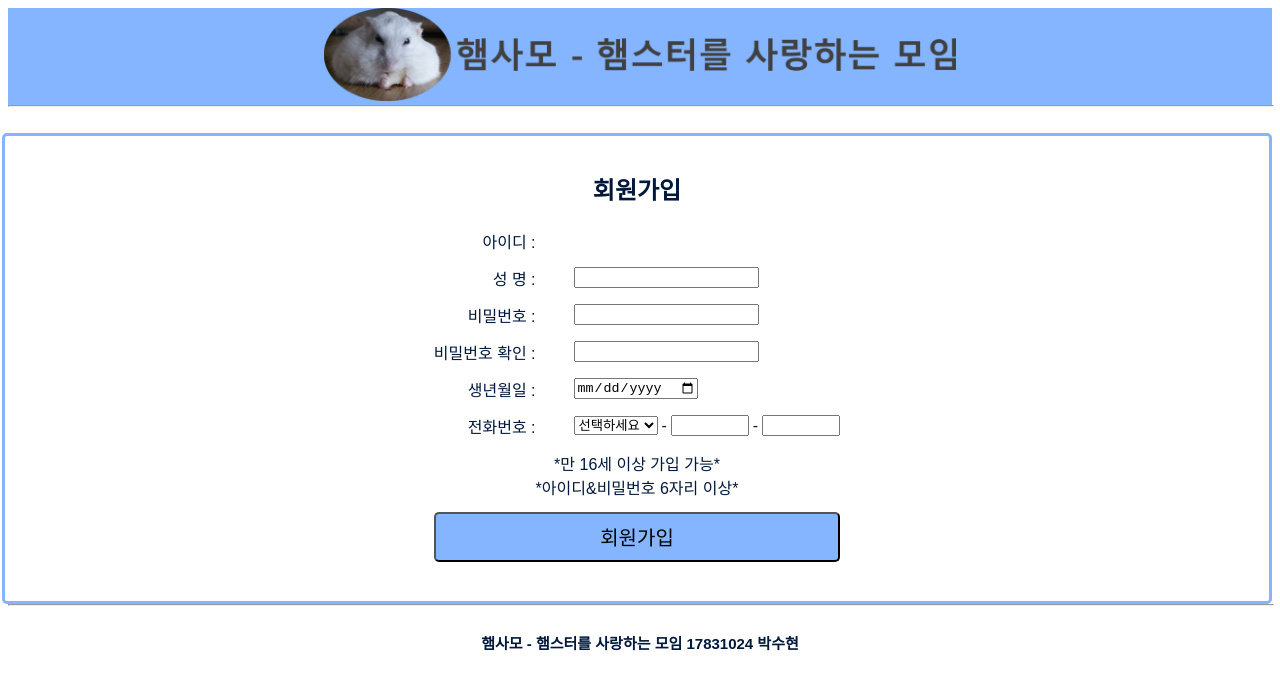
Repository: hyun5292/school
Page: http://localhost/HamSaMo/WEB-INF/views/member/MmodifyForm.jsp
An editor plug-in stored every save of this project. The page is shown before and after the next save, followed by the edit.
The browser window is 1280 px wide. The pictures show the whole page.
The page is served by Tomcat 9. Nobody is signed in. Other server files are loaded and not shown. The template is opened directly, without the code that normally fills it, so the values that code supplies are empty.

Above is the page before, as saved 2019-12-09 19:15:33.

### spring/HamSaMo/HamSaMo/src/main/webapp/WEB-INF/views/member/MmodifyForm.jsp
<%@ page language="java" contentType="text/html; charset=UTF-8"
	pageEncoding="UTF-8"%>
<!-- jstl -->
<%@ taglib prefix="c" uri="http://java.sun.com/jsp/jstl/core"%>
<!DOCTYPE html>
<html>
<head>
<meta charset="EUC-KR">
<title>햄사모 - 햄스터를 사랑하는 모임</title>
<script
	src="http://ajax.googleapis.com/ajax/libs/jquery/3.3.1/jquery.min.js"></script>
<style>
#container {
	width: 100%;
	Height: 100%;
	font-family: 'arial';
	color: #00183b;
}

#header {
	background-color: #84b5fe;
	float: left;
	width: 100%;
	height: 10%;
}

#content {
	float: right;
	width: 100%;
	height: 80%;
	border-radius: 5px;
	border: solid 3px #84b5fe;
}

#footer {
	clear: both;
	width: 100%;
	height: 10%;
	font-size: 15px;
	font-weight: bold;
}

#btn_light {
	background-color: white;
	width: 100%;
	height: 50px;
	border-radius: 5px;
	border: bold 1px #84b5fe;
	font-size: 20px;
}

#btn_dark {
	background-color: #84b5fe;
	width: 100%;
	height: 50px;
	border-radius: 5px;
	border: bold 1px white;
	font-size: 20px;
}
</style>
<script>
	function check() {
		if (document.myform.mId.value == "") {
			alert("아이디를 입력하세요!!");
			document.myform.mId.focus();
			return false;
		}

		//아이디 유효성 검사 (영문소문자, 숫자만 허용)
		for (i = 0; i < document.myform.mId.value.length; i++) {
			ch = document.myform.mId.value.charAt(i)
			if (!(ch >= '0' && ch <= '9') && !(ch >= 'a' && ch <= 'z')
					&& !(ch >= 'A' && ch <= 'Z')) {
				alert("아이디는 대소문자, 숫자만 입력가능합니다!!")
				document.myform.mId.focus()
				document.myform.mId.select()
				return false;
			}
		}

		//아이디 길이 체크 (4~12자)
		if (document.myform.mId.value.length<4 || document.myform.mId.value.length>12) {
			alert("아이디를 4~12자까지 입력해주세요!!")
			document.myform.mId.focus()
			document.myform.mId.select()
			return false;
		}

		if (document.myform.mName.value == "") {
			alert("이름을 입력하세요!!");
			document.myform.mName.focus();
			return false;
		}
		if (document.myform.mPw.value == "") {
			alert("비밀번호를 입력하세요!!");
			document.myform.mPw.focus();
			return false;
		}
		if (document.myform.mPwChk.value == "") {
			alert("비밀번호 확인을 입력하세요!!");
			document.myform.mPw.focus();
			return false;
		}

		if (document.myform.mPw.value == document.myform.mId.value) {
			alert("아이디와 비밀번호가 같습니다.")
			document.myform.mPw.focus()
			return false;
		}

		//비밀번호 길이 체크(4~8자 까지 허용)
		if (document.myform.mPw.value.length<4 || document.myform.mPw.value.length>12) {
			alert("비밀번호를 4~12자까지 입력해주세요.")
			document.myform.mPw.focus()
			document.myform.mPw.select()
			return false;
		}

		if (document.myform.mBirth.value == "") {
			alert("생년월일을 선택하세요!!");
			return false;
		}
		if (document.myform.mTel1[0].selected == true) {
			alert("전화번호를 선택하세요!!");
			return false;
		}
		if (document.myform.mTel2.value == "") {
			alert("전화번호를 입력하세요!!");
			document.myform.mTel2.focus();
			return false;
		}
		// 전화번호 길이 체크 (4자)
		if (document.myform.mTel2.value.length<4 || document.myform.mTel2.value.length>4) {
			alert("전화번호는 4자리입니다!!")
			document.myform.mTel2.focus()
			document.myform.mTel2.select()
			return false;
		}
		if (document.myform.mTel3.value == "") {
			alert("전화번호를 입력하세요!!");
			document.myform.mTel3.focus();
			return false;
		}
		// 전화번호 길이 체크 (4자)
		if (document.myform.mTel3.value.length<4 || document.myform.mTel3.value.length>4) {
			alert("전화번호는 4자리입니다!!")
			document.myform.mTel3.focus()
			document.myform.mTel3.select()
			return false;
		}
		if (document.myform.mPw.value != document.myform.mPwChk.value) {
			alert("입력한 2개의 비밀번호가 일치하지 않습니다!!");
			document.myform.mPw.focus();
			return false;
		}
	}
</script>
</head>
<body>
	<article>
		<div id="container">
			<div id="header">
				<center>
					<a href="index"><img width="50%"
						src="${pageContext.request.contextPath}/resources/images/title.png">
					</a>
				</center>
			</div>
			<br />
			<hr width="100%" />
			<br />
			<div id="content" align="center">
				<h1 style="padding-top: 15px">회원가입</h1>
				<center>
					<table>
						<form name="myform" action="join" method="post"
							onSubmit="return check()">
							<tr>
								<td align="right">아이디 :</td>
								<td width="30px"></td>
								<td colspan="5">${dto.mId}</td>
							</tr>
							<tr>
								<td height="5px"></td>
							</tr>
							<tr>
								<td align="right">성 명 :</td>
								<td width="30px"></td>
								<td colspan="5"><input type="text" name="mName" value="${dto.mName}"></td>
							</tr>
							<tr>
								<td height="5px"></td>
							</tr>
							<tr>
								<td align="right">비밀번호 :</td>
								<td width="30px"></td>
								<td colspan="5"><input type="password" name="mPw"></td>
							</tr>
							<tr>
								<td height="5px"></td>
							</tr>
							<tr>
								<td align="right">비밀번호 확인 :</td>
								<td width="30px"></td>
								<td colspan="5"><input type="password" name="mPwChk"></td>
							</tr>
							<tr>
								<td height="5px"></td>
							</tr>
							<tr>
								<td align="right">생년월일 :</td>
								<td width="30px"></td>
								<td colspan="5"><input type="date" name="mBirth"
									value="${max}" min="${min}" max="${max}"></td>
							</tr>
							<tr>
								<td height="5px"></td>
							</tr>
							<tr>
								<td align="right">전화번호 :</td>
								<td width="30px"></td>
								<td><select name="mTel1">
										<option value="#" selected>선택하세요</option>
										<option value="010">010</option>
										<option value="011">011</option>
										<option value="017">017</option>
								</select></td>
								<td>-</td>
								<td><input style="width: 70px;" type="text" name="mTel2" onKeyup="this.value=this.value.replace(/[^0-9]/g,'');"></td>
								<td>-</td>
								<td><input style="width: 70px;" type="text" name="mTel3" onKeyup="this.value=this.value.replace(/[^0-9]/g,'');"></td>


							</tr>
							<tr>
								<td height="5px"></td>
							</tr>
							<tr align="center">
								<td colspan="7" height="40px">*만 16세 이상 가입 가능*</br>*아이디&비밀번호 6자리
									이상*
								</td>
							</tr>
							<tr>
								<td height="5px"></td>
							</tr>
							<tr>
								<td colspan="7"><input type="submit" id="btn_dark"
									value="회원가입"></td>
							</tr>
						</form>
					</table>
				</center>
				<br /> <br />
			</div>
			<br />
			<hr width="100%" />
			<br />
			<center>
				<div id="footer">햄사모 - 햄스터를 사랑하는 모임 17831024 박수현</div>
			</center>
		</div>
</body>
</html>

After the next save:
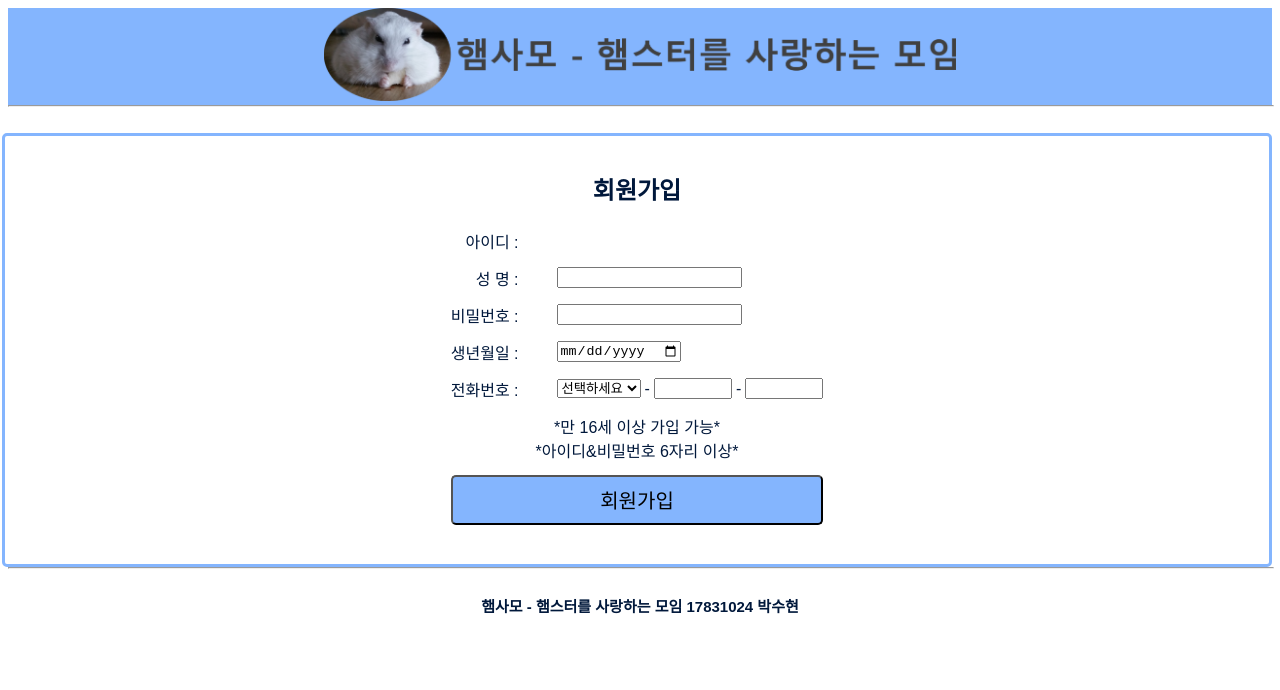
Saved 18 s later.
--- a/spring/HamSaMo/HamSaMo/src/main/webapp/WEB-INF/views/member/MmodifyForm.jsp
+++ b/spring/HamSaMo/HamSaMo/src/main/webapp/WEB-INF/views/member/MmodifyForm.jsp
@@ -200,14 +200,6 @@
 								<td height="5px"></td>
 							</tr>
 							<tr>
-								<td align="right">비밀번호 확인 :</td>
-								<td width="30px"></td>
-								<td colspan="5"><input type="password" name="mPwChk"></td>
-							</tr>
-							<tr>
-								<td height="5px"></td>
-							</tr>
-							<tr>
 								<td align="right">생년월일 :</td>
 								<td width="30px"></td>
 								<td colspan="5"><input type="date" name="mBirth"
